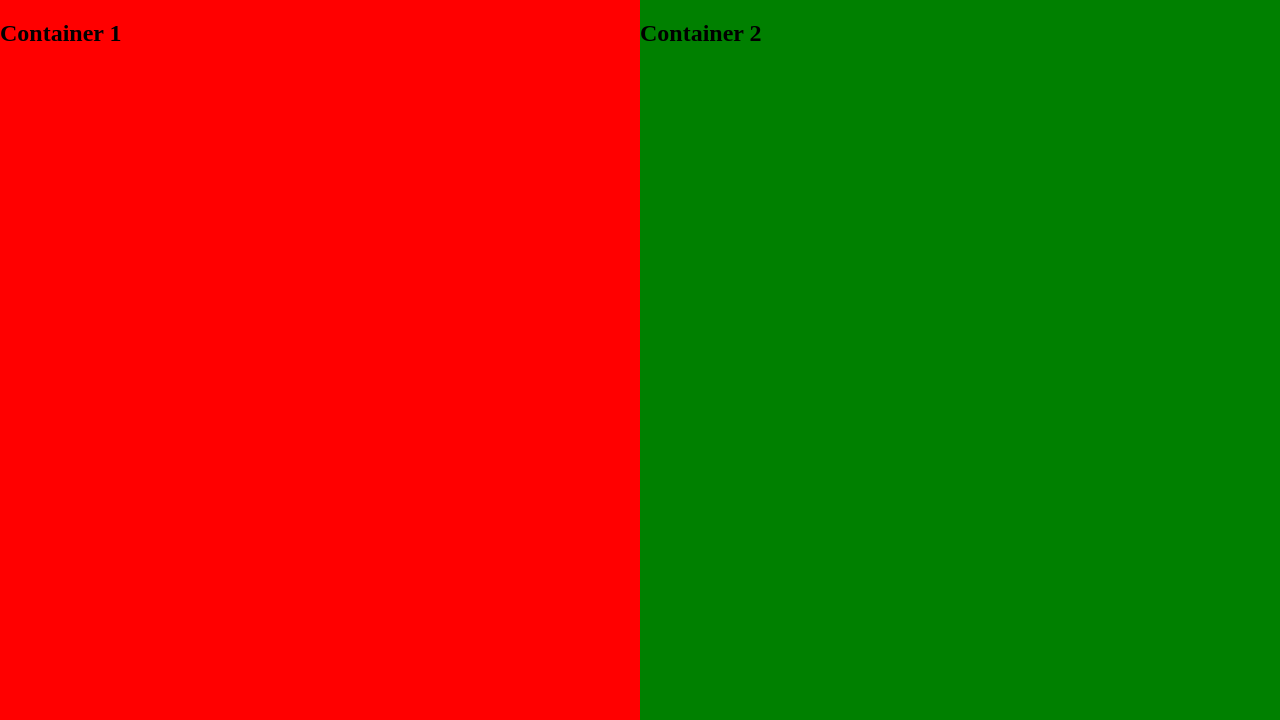
Repository: RohanSai22/harkirat-cohort-learnings
Page: Web/w1_a2.html
The author's editor kept a copy of each file at every save. The page is drawn from the files as they stood at one save, then again after a run of saves.
The browser window is 1280 px wide. The pictures show the whole page.

Above is the page before, as saved 2026-03-24 11:56:20.

### Web/w1_a2.html
<html>
    <head>
        <title>Eleven Labs : Sales Page </title>
    </head>
    <body style="margin:0; padding:0">
        <div style ="min-height: 100vh; display: flex;">
            <div style="flex:1;background-color: red;">
                <h2>Container 1</h2>
            </div>
            <div style="flex:1;background-color: green;">
                 <h2>Container 2</h2>
            </div>
        </div>
    </body>
</html>

After the next 2 saves:
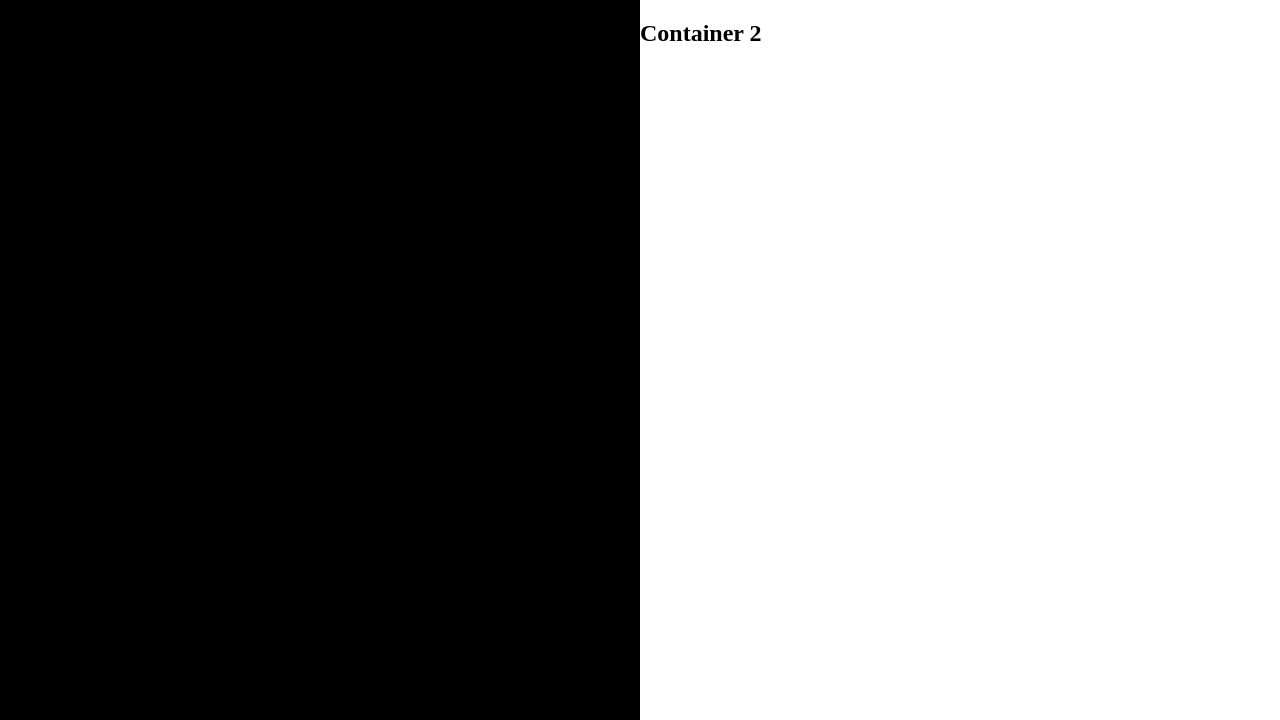
The 2 saves are shown as one change because they came seconds apart.
The last was saved 4 min 34 s later.
--- a/Web/w1_a2.html
+++ b/Web/w1_a2.html
@@ -4,10 +4,11 @@
     </head>
     <body style="margin:0; padding:0">
         <div style ="min-height: 100vh; display: flex;">
-            <div style="flex:1;background-color: red;">
-                <h2>Container 1</h2>
+            <div style="flex:1;background-color: black;">
+                <h2>IIElevenLabs</h2>
+
             </div>
-            <div style="flex:1;background-color: green;">
+            <div style="flex:1;background-color: white;">
                  <h2>Container 2</h2>
             </div>
         </div>
